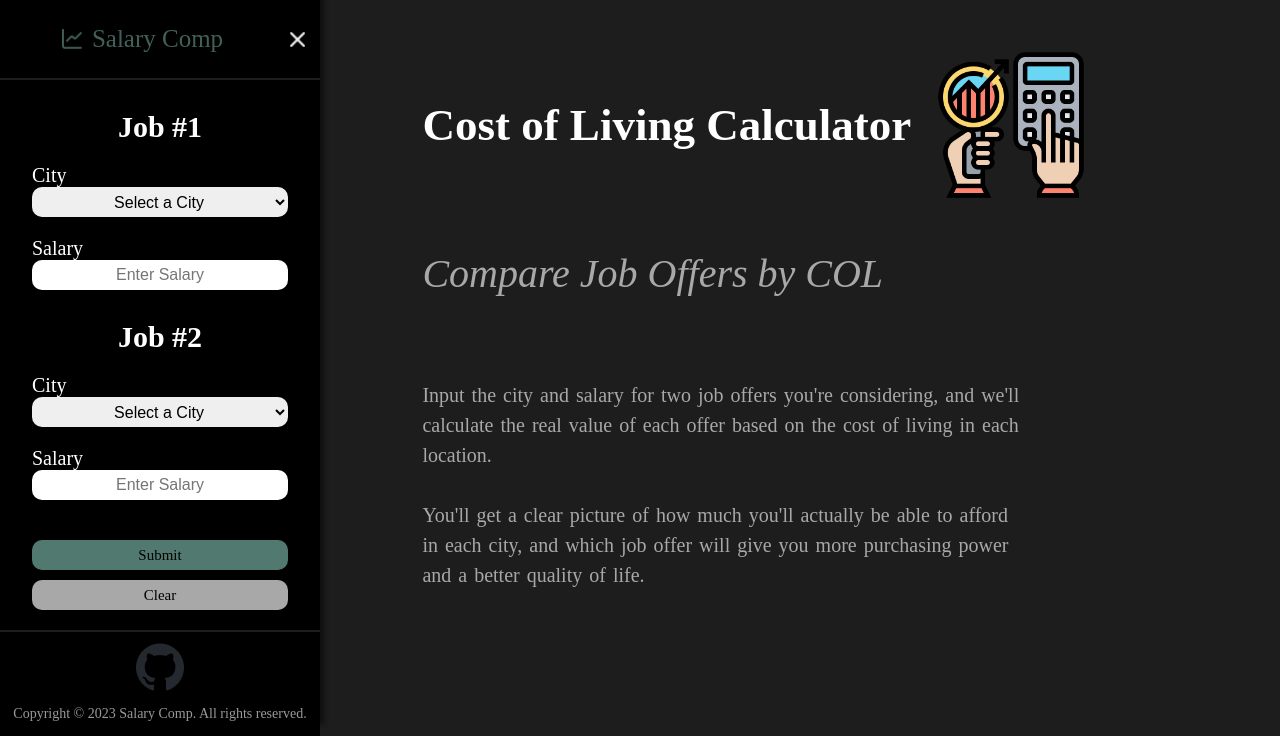
Repository: robbymcd/Salary-Comp
Page: /
The author's editor kept a copy of each file at every save. The page is drawn from the files as they stood at one save, then again after the next save.
The browser window is 1280 px wide. The pictures show the whole page.
Some web fonts or font styles are not loaded; a fallback is used. The project was rebuilt for these pictures with package versions that can differ from the ones it lists, and the page was loaded fresh each time. Also part of the build but not shown: src/Main.css, src/Main.js.

Above is the page before, as saved 2023-06-16 11:04:01.

### public/index.html
<!DOCTYPE html>
<html lang="en">
  <head>
    <meta charset="utf-8" />
    <link rel="icon" href="%PUBLIC_URL%/favicon.ico" />
    <meta name="viewport" content="width=device-width, initial-scale=1" />
    <meta name="theme-color" content="#000000" />
    <meta
      name="description"
      content="Compare Job Offers by COL"
    />
    <link rel="apple-touch-icon" href="%PUBLIC_URL%/logo192.png" />
    <!--
      manifest.json provides metadata used when your web app is installed on a
      user's mobile device or desktop. See https://developers.google.com/web/fundamentals/web-app-manifest/
    -->
    <link rel="manifest" href="%PUBLIC_URL%/manifest.json" />
    <!--
      Notice the use of %PUBLIC_URL% in the tags above.
      It will be replaced with the URL of the `public` folder during the build.
      Only files inside the `public` folder can be referenced from the HTML.

      Unlike "/favicon.ico" or "favicon.ico", "%PUBLIC_URL%/favicon.ico" will
      work correctly both with client-side routing and a non-root public URL.
      Learn how to configure a non-root public URL by running `npm run build`.
    -->
    <title>Salary Comp</title>
  </head>
  <body>
    <noscript>You need to enable JavaScript to run this app.</noscript>
    <div id="root"></div>
    <!--
      This HTML file is a template.
      If you open it directly in the browser, you will see an empty page.

      You can add webfonts, meta tags, or analytics to this file.
      The build step will place the bundled scripts into the <body> tag.

      To begin the development, run `npm start` or `yarn start`.
      To create a production bundle, use `npm run build` or `yarn build`.
    -->
  </body>
</html>

### src/index.css
body {
  margin: 0;
  font-family: -apple-system, BlinkMacSystemFont, 'Segoe UI', 'Roboto', 'Oxygen',
    'Ubuntu', 'Cantarell', 'Fira Sans', 'Droid Sans', 'Helvetica Neue',
    sans-serif;
  -webkit-font-smoothing: antialiased;
  -moz-osx-font-smoothing: grayscale;
  height: 100%;
  width: 100%;
}

html {
  height: 100%;
  width: 100%;
  background-color: #1D1D1D;
}

code {
  font-family: source-code-pro, Menlo, Monaco, Consolas, 'Courier New',
    monospace;
}

### src/App.js
import React, { useState } from 'react';
import './App.css';
import Sidebar from './Sidebar.js';
import Content from './Content.js';

function App() {
  const [isSubmitted, setIsSubmitted] = useState(false);
  const [cityCOL1, setCityCOL1] = useState('');
  const [cityCOL2, setCityCOL2] = useState('');
  const [cityName1, setCityName1] = useState('');
  const [cityName2, setCityName2] = useState('');
  const [salary1, setSalary1] = useState('');
  const [salary2, setSalary2] = useState('');

  const handleFormSubmit = (formData) => {
    setIsSubmitted(true);
    setCityCOL1(formData.cityCOL1);
    setCityCOL2(formData.cityCOL2);
    setCityName1(formData.cityName1);
    setCityName2(formData.cityName2);
    setSalary1(formData.salary1);
    setSalary2(formData.salary2);
  };

  return (
    <div className="main">
        <Sidebar onFormSubmit={handleFormSubmit}/>
        <Content isSubmitted={isSubmitted} cityCOL1={cityCOL1} cityCOL2={cityCOL2} cityName1={cityName1} cityName2={cityName2} salary1={salary1} salary2={salary2} />
    </div>
  );
}

export default App;

### src/App.css
.main {
    display: flex;
    flex-direction: row;
    height: 200%;
    width: 100%;
    background-color: #1D1D1D;
}

### src/Sidebar.js
import React, { useState, useRef } from 'react';
import plus from './plus.png';
import './Sidebar.css';
import chart from './chart.png';
import github from './github.png';
import x from './x.png';
import './OpenSidebar.css';
import './Select.css';

export default function Sidebar( { onFormSubmit } ) {
    const [isOpen, setIsOpen] = useState(true);
    const [isClosed, setIsClosed] = useState(false);

    const [city1, setCity1] = useState('0');
    const [city2, setCity2] = useState('0');

    const [salary1, setSalary1] = useState('');
    const [salary2, setSalary2] = useState('');


    const [error, setError] = useState(false);

    const selectRef1 = useRef(null);
    const selectRef2 = useRef(null);

    const formatSalary = (salary) => {
        salary = salary.replace(/[^0-9]/g, '');

        // Convert the salary to a number and format it with commas
        const formattedSalary = Number(salary).toLocaleString();

        // Add the '$' symbol
        return '$' + formattedSalary;
    }

    const openSidebar = () => {
        setIsOpen(true);
        setIsClosed(false);
    }

    const closeSidebar = () => {
        setIsOpen(false);
        setIsClosed(true);
    }

    const city1ChangeHandler = (event) => {
        setCity1(event.target.value)
    }

    const city2ChangeHandler = (event) => {
        setCity2(event.target.value);
    }


    const salary1ChangeHandler = (event) => {
        const inputValue = event.target.value;
        const formattedValue = formatSalary(inputValue);
        const regex = /\d/;

        if (regex.test(formattedValue[formattedValue.length - 1])) {
          setSalary1(formattedValue);
        } else {
            setSalary1(formattedValue.slice(0, formattedValue.length - 1));
        }
      }


    const salary2ChangeHandler = (event) => {
        const inputValue = event.target.value;
        const formattedValue = formatSalary(inputValue);
        const regex = /\d/;
        if (regex.test(formattedValue[formattedValue.length - 1])) {
            setSalary2(formattedValue);
        } else {
            setSalary2(formattedValue.slice(0, formattedValue.length - 1));
        }
    }

    const refresh = () => {
        window.location.reload(false);
    }

    const submitHandler = (event) => {
        event.preventDefault();
        if (city1 === '0' | city2 === '0' | salary1 === '' | salary2 === '') {
            setError(true);
            return;
        }
        setError(false);
        const formData = {
            cityCOL1: city1,
            cityCOL2: city2,
            cityName1: selectRef1.current.options[selectRef1.current.selectedIndex].text,
            cityName2: selectRef2.current.options[selectRef2.current.selectedIndex].text,
            salary1: salary1,
            salary2: salary2
        };
        onFormSubmit(formData);
    }

    const clearHandler = (event) => {
        event.preventDefault();
        setError(false);
        setCity1('0');
        setCity2('0');
        setSalary1('');
        setSalary2('');
    }

    return (
        <div className="sidebar">
            {isClosed && (
                <div className='closed-sidebar'>
                <img
                    className="plusIcon"
                    src={plus}
                    alt="plus"
                    onClick={openSidebar}
                />
            </div>
            )}
            {isOpen && (
                <div className='open-sidebar'>
                <div className='sidebar-header'>
                    <div className='logo' onClick={refresh}>
                        <img className='chart' src={chart} alt='Chart'></img>
                        <p>Salary Comp</p>
                    </div>
                    <img className='x' src={x} alt='x' onClick={closeSidebar}></img>
                </div>
                <form className='form' onSubmit={onFormSubmit}>
                    <h1>Job #1</h1>
                    <div className='city'>
                        <label>City</label>
                        <div className="select-main">
                            <select ref={selectRef1} value={city1} className='select-input' onChange={city1ChangeHandler}>
                                <option value='0'>Select a City</option>
                                <option value='89.1'>Abilene, TX</option>
                                <option value='90.5'>Adrian, MI</option>
                                <option value='89.4'>Akron, OH</option>
                                <option value='85.8'>Alamogordo, NM</option>
                                <option value='87.3'>Albany, GA</option>
                                <option value='105.4'>Albany, OR</option>
                                <option value='100.1'>Albany, NY</option>
                                <option value='90.9'>Albertville, AL</option>
                                <option value='92.9'>Albuquerque, NM</option>
                                <option value='86.2'>Alexandria, LA</option>
                                <option value='98.9'>Allentown, PA</option>
                                <option value='90.8'>Altoona, PA</option>
                                <option value='88.2'>Amarillo, TX</option>
                                <option value='91.5'>Ames, IA</option>
                                <option value='110.7'>Anchorage, AK</option>
                                <option value='99.3'>Ann Arbor, MI</option>
                                <option value='85.7'>Anniston, AL</option>
                                <option value='90.7'>Appleton, WI</option>
                                <option value='103.3'>Asheville, NC</option>
                                <option value='87.4'>Ashtabula, OH</option>
                                <option value='88.5'>Athens, OH</option>
                                <option value='92.9'>Athens, TX</option>
                                <option value='95'>Athens, GA</option>
                                <option value='100.3'>Atlanta, GA</option>
                                <option value='102'>Atlantic City, NJ</option>
                                <option value='93.7'>Auburn, NY</option>
                                <option value='91.9'>Auburn, AL</option>
                                <option value='91.6'>Augusta, GA</option>
                                <option value='100'>Augusta, ME</option>
                                <option value='106.6'>Austin, TX</option>
                                <option value='102.9'>Bakersfield, CA</option>
                                <option value='107'>Baltimore, MD</option>
                            </select>
                        </div>
                    </div>
                    <div className='salary'>
                        <label>Salary</label>
                        <input className='salary-input' type='text' placeholder='Enter Salary' onChange={salary1ChangeHandler} value={salary1}></input>
                    </div>
                    <h1>Job #2</h1>
                    <div className='city'>
                        <label>City</label>
                        <div className="select-main">
                            <select ref={selectRef2} value={city2} className='select-input' onChange={city2ChangeHandler}>
                                <option value='0'>Select a City</option>
                                <option value='89.1'>Abilene, TX</option>
                                <option value='90.5'>Adrian, MI</option>
                                <option value='89.4'>Akron, OH</option>
                                <option value='85.8'>Alamogordo, NM</option>
                                <option value='87.3'>Albany, GA</option>
                                <option value='105.4'>Albany, OR</option>
                                <option value='100.1'>Albany, NY</option>
                                <option value='90.9'>Albertville, AL</option>
                                <option value='92.9'>Albuquerque, NM</option>
                                <option value='86.2'>Alexandria, LA</option>
                                <option value='98.9'>Allentown, PA</option>
                                <option value='90.8'>Altoona, PA</option>
                                <option value='88.2'>Amarillo, TX</option>
                                <option value='91.5'>Ames, IA</option>
                                <option value='110.7'>Anchorage, AK</option>
                                <option value='99.3'>Ann Arbor, MI</option>
                                <option value='85.7'>Anniston, AL</option>
                                <option value='90.7'>Appleton, WI</option>
                                <option value='103.3'>Asheville, NC</option>
                                <option value='87.4'>Ashtabula, OH</option>
                                <option value='88.5'>Athens, OH</option>
                                <option value='92.9'>Athens, TX</option>
                                <option value='95'>Athens, GA</option>
                                <option value='100.3'>Atlanta, GA</option>
                                <option value='102'>Atlantic City, NJ</option>
                                <option value='93.7'>Auburn, NY</option>
                                <option value='91.9'>Auburn, AL</option>
                                <option value='91.6'>Augusta, GA</option>
                                <option value='100'>Augusta, ME</option>
                                <option value='106.6'>Austin, TX</option>
                                <option value='102.9'>Bakersfield, CA</option>
                                <option value='107'>Baltimore, MD</option>
                            </select>
                        </div>
                    </div>
                    <div className='salary'>
                        <label>Salary</label>
                        <input className='salary-input' type='text' placeholder='Enter Salary' onChange={salary2ChangeHandler} value={salary2}></input>
                        {error && <p className='error'>Please fill out all fields</p>}
                    </div>
                    <div className='button-container'>
                        <div className='submit-container'>
                            <button className='submit' onClick={submitHandler} type='submit'>Submit</button>
                        </div>
                        <div className='clear-container'>
                            <button className='clear' onClick={clearHandler}>Clear</button>
                        </div>
                    </div>
                </form>
                <div className='footer'>
                    <img className='github' src={github} alt='github'></img>
                    <p className='copyright'>Copyright © 2023 Salary Comp. All rights reserved.</p>
                </div>
            </div>
            )}
        </div>
    );
}

### src/Content.js
import React from 'react';
import './Content.css';
import Instruction from './Instruction.js';
import Main from './Main.js';

export default function Content({ isSubmitted ,cityCOL1 ,cityCOL2, cityName1, cityName2 , salary1, salary2 }) {

    return (
        <div className='Content-container'>
            {isSubmitted ? <Main cityCOL1={cityCOL1} cityCOL2={cityCOL2} cityName1={cityName1} cityName2={cityName2} salary1={salary1} salary2={salary2}/> : <Instruction />}
        </div>
    );
}

### src/Sidebar.css
@import url('https://fonts.googleapis.com/css?family=Roboto-Mono');
@import url('https://fonts.googleapis.com/css?family=Mukta-Vaani');
.sidebar {
    display: flex;
    height: 100vh;
    width: fit-content;
}

.closed-sidebar {
    display: flex;
    height: 100vh;
    width: fit-content;
    margin-right: 22vw;
}

.plusIcon {
    height: 30px;
    width: 30px;
    margin-left: 20px;
    align-self: center;
    cursor: pointer;
}

.plusIcon:hover {
    opacity: 0.5;
}

.error {
    display: flex;
    font-size: 15px;
    margin-bottom: -15px;
    color: #BA1F33;
}

.button-container {
    display: flex;
    flex-direction: column;
    gap: 10px;
    margin-top: 20px;
}

.submit-container {
    display: flex;
}

.submit {
    height: 30px;
    width: clamp(100px, 20vw, 300px);
    border-radius: 10px;
    border: none;
    outline: none;
    cursor: pointer;
    background-color: #52796F;
    font-family: Mukta Vaani;
    font-size: 15px;
    color: #000;
    box-shadow: 0px 4px 4px rgba(0, 0, 0, 0.25);
}

.submit:hover {
    opacity: 0.8;
}

.clear-container {
    display: flex;
}

.clear {
    height: 30px;
    width: clamp(100px, 20vw, 300px);
    border-radius: 10px;
    border: none;
    outline: none;
    cursor: pointer;
    background-color: #a8a8a8;
    font-family: Mukta Vaani;
    font-size: 15px;
    color: #000;
    box-shadow: 0px 4px 4px rgba(0, 0, 0, 0.25);
}

.clear:hover {
    opacity: 0.8;
}

@media screen and (min-width: 1000px) {
    .sidebar {
        display: flex;
        flex-direction: column;
        height: 100vh;
        width: 25vw;
        background-color: #000;
        box-shadow: 0px 0px 4px 4px rgba(0, 0, 0, 0.25);
        margin-right: 8vw;
        transition: transform 0.3s ease-in-out;
    }

    .sidebar-header {
        display: flex;
        width: 25vw;
        border-bottom: 2px solid #1d1d1d;
        justify-content: space-between;
        align-items: center;
    }

    .sidebar-wrapper {
        display: inline-block;
    }

    .centering {
        display: flex;
        flex-direction: row;
        width: 100%;
        align-self: center;
        align-items: center;
        justify-content: center;
    }

    .logo {
        display: flex;
        flex-direction: row;
        width: 100%;
        align-items: center;
        justify-content: center;
        gap: 10px;
        cursor: pointer;
    }

    .logo:hover {
        opacity: .8;
    }

    .logo p {
        font-family: Roboto Mono;
        color: #52796F;
        font-size: 25px;
    }

    .chart {
        height: 20px;
        width: 20px;
    }
}

### src/OpenSidebar.css
@import url('https://fonts.googleapis.com/css?family=Roboto-Mono');
@import url('https://fonts.googleapis.com/css?family=Mukta-Vaani');

.open-sidebar {
    display: flex;
    flex-direction: column;
    height: 100vh;
    width: 25vw;
    background-color: #000;
    box-shadow: 0px 0px 4px 4px rgba(0, 0, 0, 0.25);
    margin-right: 8vw;
    transition: transform 0.3s ease-in-out;
}

.sidebar-header {
    display: flex;
    width: 25vw;
    border-bottom: 2px solid #1d1d1d;
    justify-content: space-between;
    align-items: center;
}

.sidebar-wrapper {
    display: inline-block;
}

.centering {
    display: flex;
    flex-direction: row;
    width: 100%;
    align-self: center;
    align-items: center;
    justify-content: center;
}

.logo {
    display: flex;
    flex-direction: row;
    width: 100%;
    align-items: center;
    justify-content: center;
    gap: 10px;
    cursor: pointer;
}

.logo:hover {
    opacity: .8;
}

.logo p {
    font-family: Roboto Mono;
    color: #52796F;
    font-size: 25px;
}

.chart {
    height: 20px;
    width: 20px;
}

.city {
    display: flex;
    flex-direction: column;
    font-family: Mukta Vaani;
    font-style: normal;
    font-weight: 300;
    font-size: 20px;
    color: #fff;
}

.salary{
    display: flex;
    flex-direction: column;
    font-family: Mukta Vaani;
    font-style: normal;
    font-weight: 300;
    font-size: 20px;
    color: #fff;
}

.salary label {
    display: flex;
    justify-self: center;
}

.form {
    display: flex;
    flex-direction: column;
    font-family: Mukta Vaani;
    height: fit-content;
    align-items: center;
    gap: 20px;
    border-bottom: 2px solid #1d1d1d;
    justify-content: center;
    padding: 20px;
}

.form h1 {
    color: #fff;
    font-family: Roboto Mono;
    font-size: 30px;
    font-weight: 700;
    font-style: normal;
    text-align: center;
    margin-top: 10px;
    margin-bottom: 0px;
}

select {
    cursor: pointer;
}

input {
    text-decoration: none;
    height: 30px;
    width: clamp(100px, 20vw, 300px);
    border-radius: 10px;
    outline: none;
    border: none;
    padding: 0;
    text-align: center;
    font-size: 16px;
    cursor: pointer;
}

.salarycomp {
    height: 80px;
    width: 360px;
}

.x {
    height: 25px;
    width: 25px;
    cursor: pointer;
    margin-right: 10px;
}

.x:hover {
    opacity: 0.5;
    transition: ease-in-out 0.2s;
}

.footer {
    display: flex;
    flex-direction: column;
    align-items: center;
    justify-content: center;
    width: 100%;
    background-color: #000;
}

.footer p {
    color: #fff;
    opacity: .6;
    font-family: 'Mukta Vaani';
    font-style: normal;
    font-weight: 300;
    font-size: 14px;
}

.hiw {
    text-decoration: underline;
    cursor: pointer;
}

.hiw:hover {
    opacity: 0.5;
}

.github {
    height: 50px;
    width: 50px;
    margin-top: 10px;
    cursor: pointer;
}

.github:hover {
    opacity: 0.8;
}

@media screen and (max-width: 1000px) {
    .footer p {
        font-size: 10px;
    }
}

@media screen and (min-width: 900px) {

}

### src/Select.css
.select-main {
    text-decoration: none;
    height: 30px;
    width: clamp(100px, 20vw, 300px);
    border-radius: 10px;
    outline: none;
    text-align: center;
    font-size: 16px;
}

.select-main select {
    text-align: center;
    text-decoration: none;
    outline: none;
    border: none;
    height: 30px;
    width: clamp(100px, 20vw, 300px);
    border-radius: 10px;
    font-size: 16px;
    padding-left: 10px;
}

### src/Content.css
@import url('https://fonts.googleapis.com/css?family=Kadwa');
@import url('https://fonts.googleapis.com/css?family=Hind-Madurai');

.Content-container {
    display: flex;
    width: 100%;
}

.header {
    display: flex;
    flex-direction: row;
    align-items: center;
    margin-top: 50px;
    gap: 25px;
}

.content h1 {
    font-family: Kadwa;
    font-weight: bold;
    font-size: 45px;
    height: 100%;
    margin: 0;
}

.content h2 {
    font-family: Hind Madurai;
    font-size: 40px;
    color: #a8a8a8;
    margin-top: 50px;
    width: 75%;
    font-weight: 500;
    font-style: italic;
}

.content p {
    display: flex;
    width: 50vw;
    font-family: Hind Madurai;
    font-size: 20px;
    color: #a8a8a8;
    word-spacing: 2px;
    line-height: 1.5;
    margin-top: 50px;
    width: 70%;
}

.content {
    display: flex;
    flex-direction: column;
    color: #fff;
    height: fit-content;
    width: 100%;
    justify-items: center;
}

.calculator {
    display: flex;
    height: 150px;
    width: 150px;
}

### src/Instruction.js
import calculator from './calculator.png';

export default function Instruction() {
    return (
        <div className="content">
            <div className="header">
                <h1>Cost of Living Calculator</h1>
                <img className="calculator" src={calculator} alt='calculator'></img>
            </div>
            <h2>Compare Job Offers by COL</h2>
            <p>Input the city and salary for two job offers you're considering, and we'll calculate the real value of each offer based on the cost of living in each location.<br/><br/>You'll get a clear picture of how much you'll actually be able to afford in each city, and which job offer will give you more purchasing power and a better quality of life.
            </p>
        </div>
    );
}

Loaded but not shown: src/index.js (common file); src/reportWebVitals.js (common file)

After the next save:
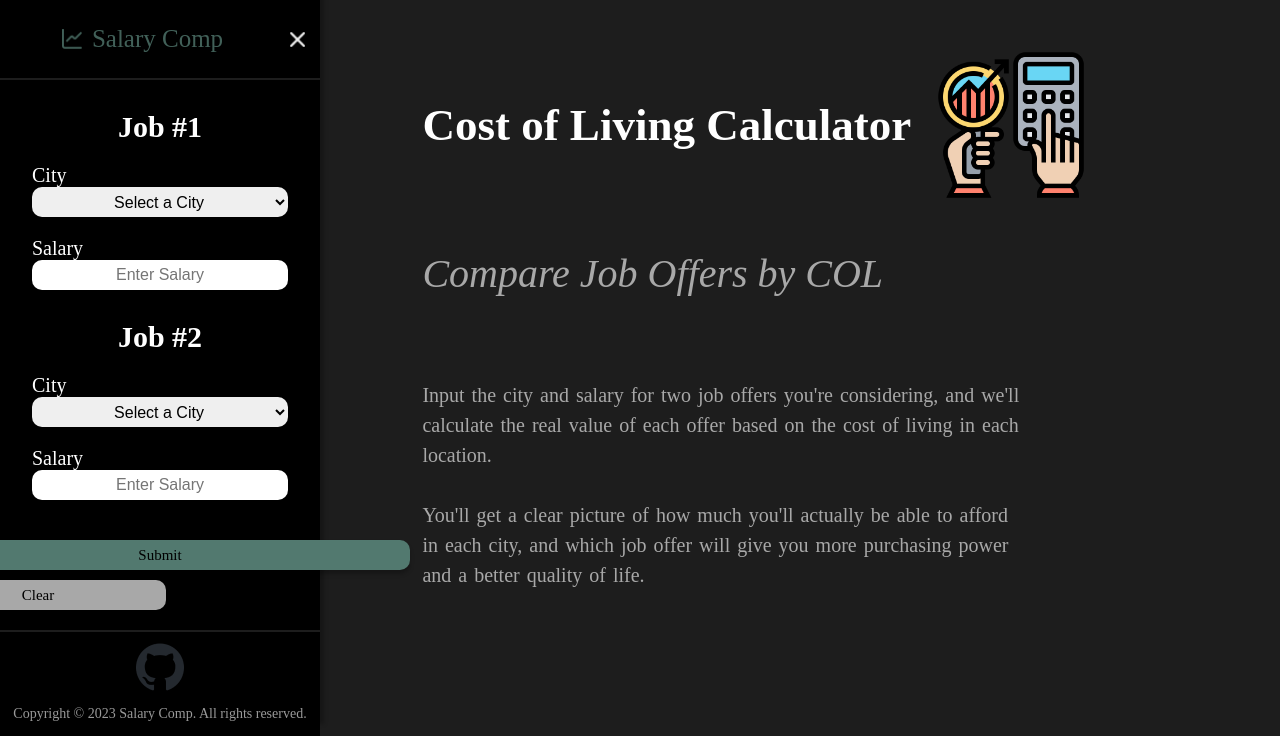
Saved 119 s later.
--- a/src/Sidebar.css
+++ b/src/Sidebar.css
@@ -84,60 +84,7 @@
 }
 
 @media screen and (min-width: 1000px) {
-    .sidebar {
-        display: flex;
-        flex-direction: column;
-        height: 100vh;
-        width: 25vw;
-        background-color: #000;
-        box-shadow: 0px 0px 4px 4px rgba(0, 0, 0, 0.25);
-        margin-right: 8vw;
-        transition: transform 0.3s ease-in-out;
-    }
-
-    .sidebar-header {
-        display: flex;
-        width: 25vw;
-        border-bottom: 2px solid #1d1d1d;
-        justify-content: space-between;
-        align-items: center;
-    }
-
-    .sidebar-wrapper {
-        display: inline-block;
-    }
-
-    .centering {
-        display: flex;
-        flex-direction: row;
-        width: 100%;
-        align-self: center;
-        align-items: center;
-        justify-content: center;
-    }
-
-    .logo {
-        display: flex;
-        flex-direction: row;
-        width: 100%;
-        align-items: center;
-        justify-content: center;
-        gap: 10px;
-        cursor: pointer;
-    }
-
-    .logo:hover {
-        opacity: .8;
-    }
-
-    .logo p {
-        font-family: Roboto Mono;
-        color: #52796F;
-        font-size: 25px;
-    }
-
-    .chart {
-        height: 20px;
-        width: 20px;
+    .submit {
+        width: 500px;
     }
 }
